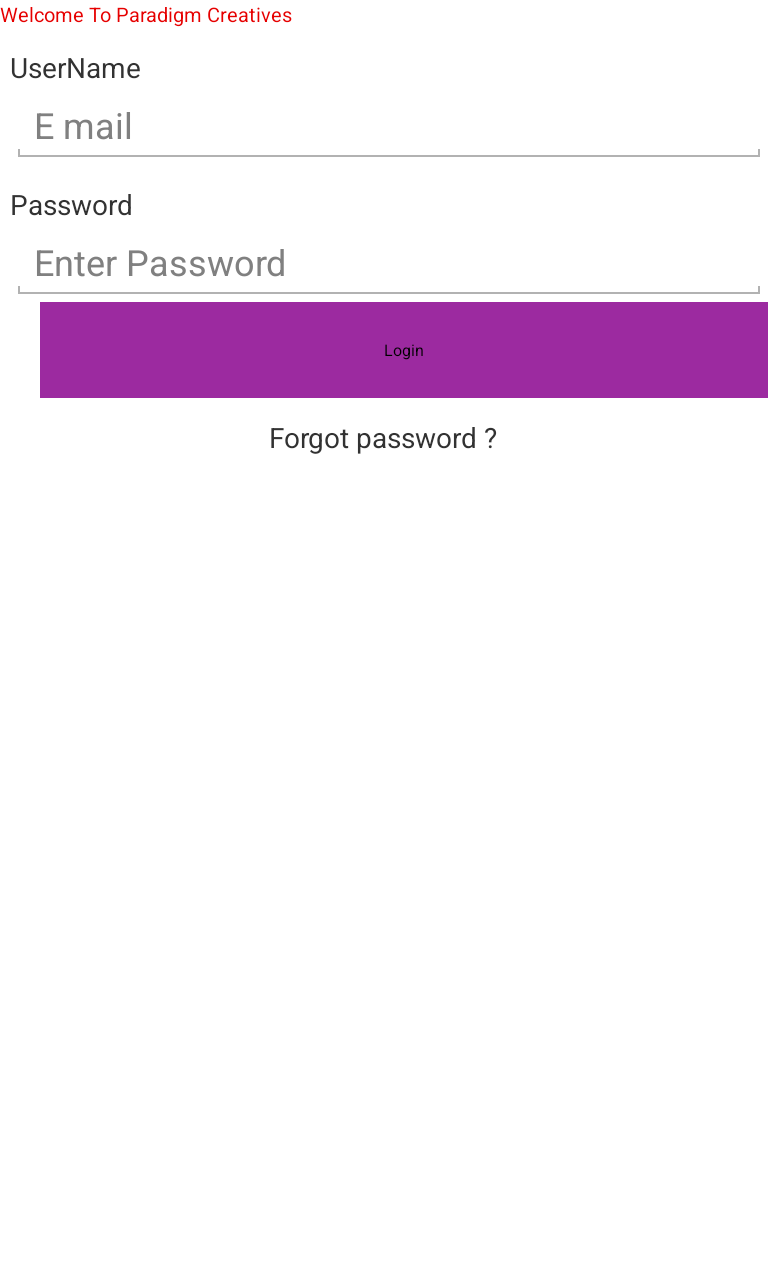
Repository: harishkumar93/harish_AndroidTraining2014
Layout: Exam/WeatherReport/res/layout/login.xml
These files come from the project's save history. The layout is drawn as it stood at one moment and after the next save; the edit follows.
It is drawn on a 768 x 1280 px phone screen (xhdpi) without system bars, with theme AppTheme; the app's code is not run.

Above is the layout before, as saved 2014-10-06 10:14:57.

After the next save:
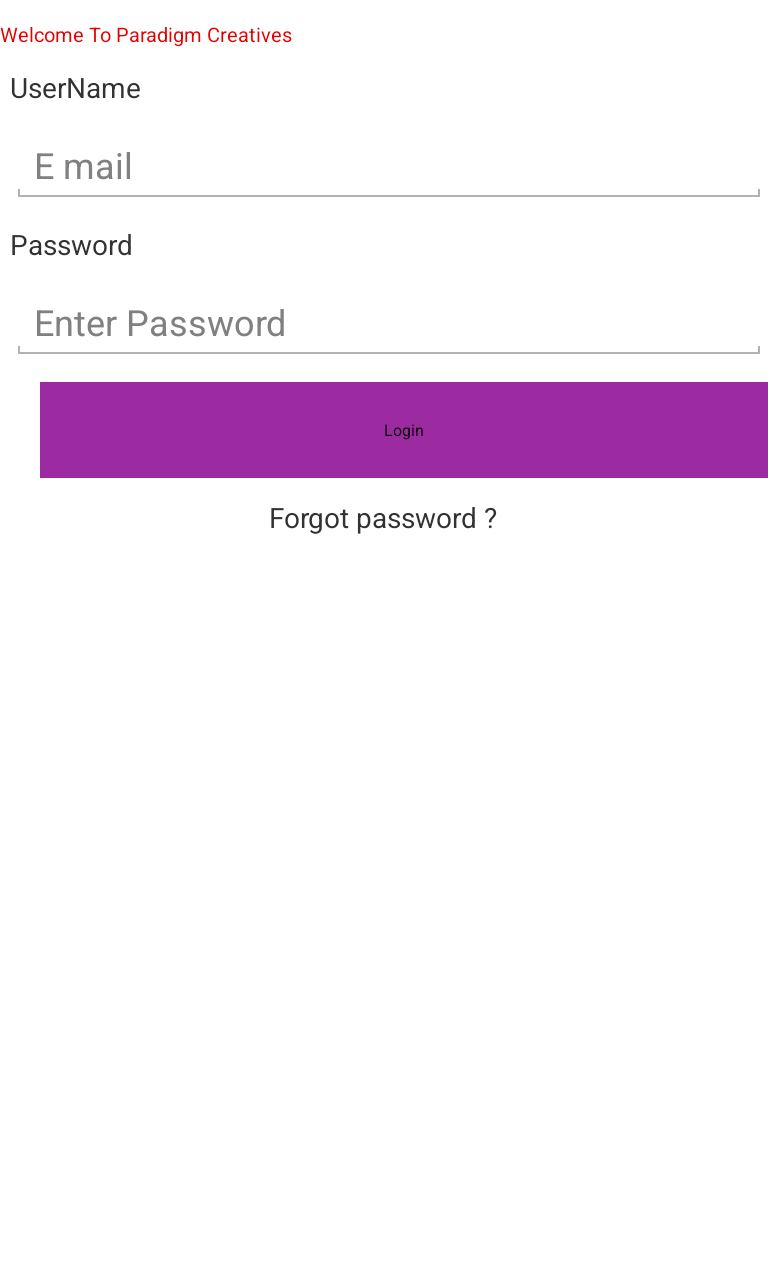
Saved 54 s later.
--- a/Exam/WeatherReport/res/layout/login.xml
+++ b/Exam/WeatherReport/res/layout/login.xml
@@ -8,31 +8,36 @@
         android:layout_height="wrap_content"
         android:text="@string/title_txt"
         android:textSize="10sp"
-        android:textColor="#E60000"/>
+        android:textColor="#E60000"
+        android:layout_marginTop="10dp"/>
 
     <TextView android:layout_width="wrap_content"
         android:layout_height="wrap_content"
         android:text="@string/userName_txt"
         android:layout_marginTop="10dp"
-        android:layout_marginLeft="5dp" />
+        android:layout_marginLeft="5dp"
+        android:layout_marginTop="10dp"/>
 
     <EditText android:layout_width="match_parent"
         android:layout_height="wrap_content"
         android:id="@+id/username_edt"
         android:hint="@string/userName_hint"
-        android:layout_marginLeft="5dp"/>
+        android:layout_marginLeft="5dp"
+        android:layout_marginTop="10dp"/>
 
      <TextView android:layout_width="wrap_content"
         android:layout_height="wrap_content"
         android:text="@string/passWord_txt"
         android:layout_marginTop="10dp"
-        android:layout_marginLeft="5dp"/>
+        android:layout_marginLeft="5dp"
+        android:layout_marginTop="10dp"/>
 
     <EditText android:layout_width="match_parent"
         android:layout_height="wrap_content"
         android:id="@+id/password_edt"
         android:hint="@string/passWord_hint"
-        android:layout_marginLeft="5dp"/>
+        android:layout_marginLeft="5dp"
+        android:layout_marginTop="10dp"/>
 
     <Button android:layout_width="match_parent"
         android:layout_height="wrap_content"
@@ -40,7 +45,8 @@
         android:text="@string/login_txt"
         android:background="#9C2AA0"
         android:textSize="8dp"
-        android:layout_marginLeft="20dp"/>
+        android:layout_marginLeft="20dp"
+        android:layout_marginTop="10dp"/>
 
     <TextView android:layout_width="wrap_content"
         android:layout_height="wrap_content"
